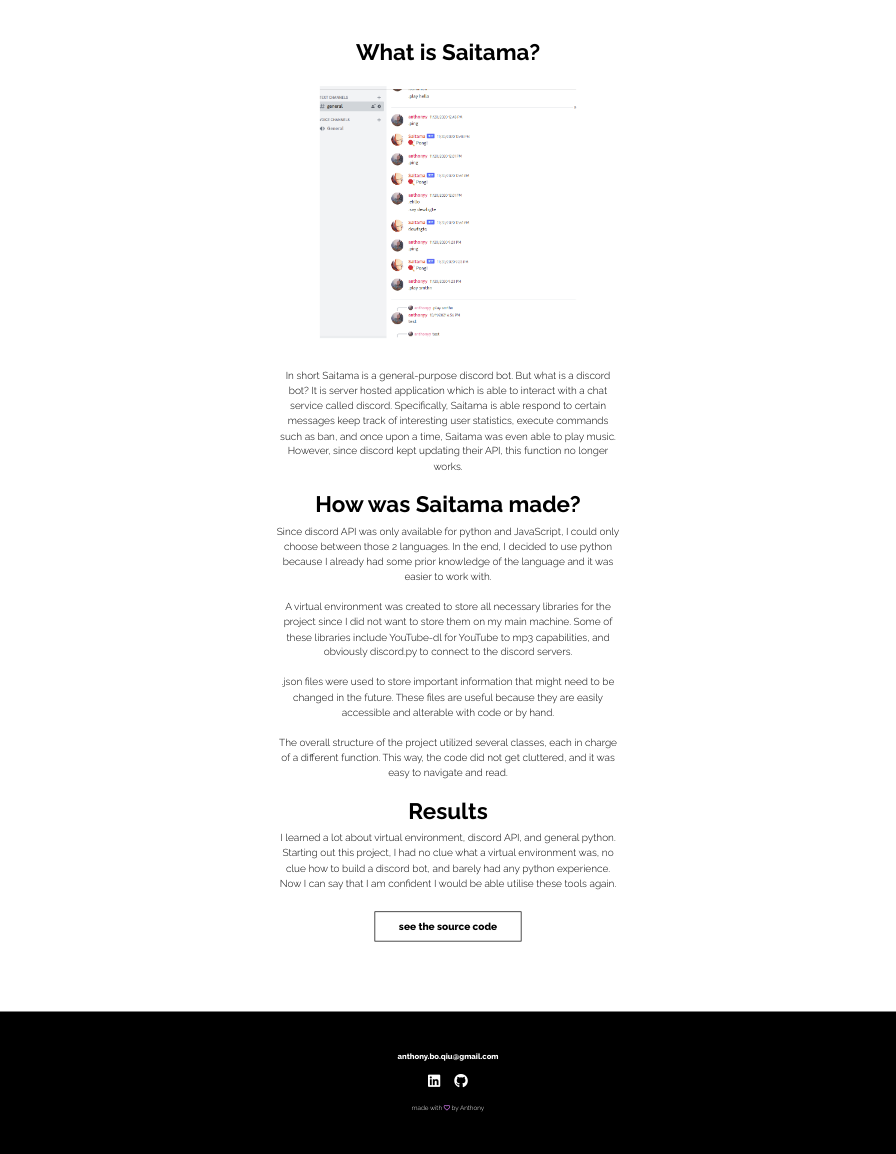
Repository: 7UM1N/anthonyq.github.io
Page: saitama.html
An editor plug-in stored every save of this project. The page is shown before and after the next save, followed by the edit.
The browser window is 1280 px wide. The pictures show the part of the page from y = 780 to 2700 px (the page is 2429 px tall before and 2700 px after), at 70% of full size.

Above is the page before, as saved 2023-01-09 22:33:52.

### saitama.html
<!DOCTYPE html>
<html lang="en">
    <head>
        <meta charset="UTF-8">
        <meta name="viewport" content="width=device-width, initial-scale=1.0">
        <title>Anthony Qiu</title>
        <link rel="stylesheet" href="https://cdnjs.cloudflare.com/ajax/libs/normalize/8.0.1/normalize.min.css" integrity="sha512-NhSC1YmyruXifcj/KFRWoC561YpHpc5Jtzgvbuzx5VozKpWvQ+4nXhPdFgmx8xqexRcpAglTj9sIBWINXa8x5w==" crossorigin="anonymous" referrerpolicy="no-referrer" />
        <link rel="stylesheet" href="https://cdnjs.cloudflare.com/ajax/libs/font-awesome/6.2.1/css/all.min.css" integrity="sha512-MV7K8+y+gLIBoVD59lQIYicR65iaqukzvf/nwasF0nqhPay5w/9lJmVM2hMDcnK1OnMGCdVK+iQrJ7lzPJQd1w==" crossorigin="anonymous" referrerpolicy="no-referrer" />
        <link rel="stylesheet" href="css/style.css">
        <link rel="preconnect" href="https://fonts.googleapis.com">
        <link rel="preconnect" href="https://fonts.gstatic.com" crossorigin>
        <link href="https://fonts.googleapis.com/css2?family=Raleway:ital,wght@0,100;0,200;0,300;0,400;0,500;0,600;0,700;0,800;0,900;1,100;1,200;1,300;1,400;1,500;1,600;1,700;1,800;1,900&display=swap" rel="stylesheet">
    </head>
    <body>

        <!-- header -->
        <section class="sub-header sub-header-saitama">
            <nav>
                <a class="logo" href="index.html">
                    <strong>ANTHONY</strong> QIU
                </a>
                <div class="nav-links" id="navLinks">
                    <ul>
                        <i class="fa-solid fa-xmark" onclick="hideMenu()"></i>
                        <li><a href="index.html" >HOME</a></li>
                        <li><a href="index.html#projects">PROJECTS</a></li>
                        <li><a href="contact.html">CONTACT</a></li>
                    </ul>
                </div>
                <i class="fa-solid fa-bars" onclick="showMenu()"></i>
            </nav>
            <div class="text-box">
                <h1>Saitama</h1>
                <p>
                    a discord bot
                </p>
            </div>
            <div class="scroll">
                <p>S C R O L L<br><i class="fa-solid fa-sort-down"></i></p>
            </div>
        </section>

        <!-- content -->
        <section class="portfolio-item-section">
            <h2>
                What is Saitama?
            </h2>
            <img src="img/saitama/saitama-card.png">
            <p>
                In short Saitama is a general-purpose discord bot. But what is a discord bot? It is server hosted application which is able to interact with a chat service called discord. Specifically, Saitama is able respond to certain messages keep track of interesting user statistics, execute commands such as ban, and once upon a time, Saitama was even able to play music. However, since discord kept updating their API, this function no longer works.
            </p>
            <h2>How was Saitama made?</h2>
            <p>
                Since discord API was only available for python and JavaScript, I could only choose between those 2 languages. In the end, I decided to use python because I already had some prior knowledge of the language and it was easier to work with.
                <br><br>A virtual environment was created to store all necessary libraries for the project since I did not want to store them on my main machine. Some of these libraries include YouTube-dl for YouTube to mp3 capabilities, and obviously discord.py to connect to the discord servers.
                <br><br>.json files were used to store important information that might need to be changed in the future. These files are useful because they are easily accessible and alterable with code or by hand.
                <br><br>The overall structure of the project utilized several classes, each in charge of a different function. This way, the code did not get cluttered, and it was easy to navigate and read.
            </p>
            <h2>Results</h2>
            <p>
                I learned a lot about virtual environment, discord API, and general python. Starting out this project, I had no clue what a virtual environment was, no clue how to build a discord bot, and barely had any python experience. Now I can say that I am confident I would be able utilise these tools again.
            </p>
            <a href="https://github.com/anthonyqiu/saitama" download class="hero-btn inverse-btn"><strong>see the source code</strong></a>
        </section>

        <!-- footer -->
        <footer class="footer">
            <a href="mailto:anthony.bo.qiu@gmail.com" class="email">anthony.bo.qiu@gmail.com</a>
            <ul class="socials">
                <li class="socials-item">
                    <a class="social-item-link" href="https://www.linkedin.com/in/anthonyboqiu">
                        <i class="fa-brands fa-linkedin"></i>
                    </a>
                </li>
                <li class="socials-item">
                    <a class="social-item-link" href="https://github.com/anthonyqiu">
                        <i class="fa-brands fa-github"></i>
                    </a>
                </li>
            </ul>
            <P class="love">made with <i class="fa-regular fa-heart"></i> by Anthony</p>
        </footer>

        <!-- javascript-->
        <script src="js/index.js"></script>
    </body>
</html>

### css/style.css
/*custom properties*/
:root {
    --ff-primary: 'Raleway', sans-serif;
    --ff-secondary: 'Raleway', sans-serif;

    --fw-reg: 300;
    --fw-bold: 800;

    --clr-light: #fff;
    --clr-dark: #000000;
    --clr-accent: #e281ff;

    --fs-h1: 3rem;
    --fs-h2: 2rem;
    --fs-h3: 1.25rem;
    --fs-h4: 1.05rem;
    --fs-body: 0.9rem;

    --bs: 0.25em 0.25em 0.75em rgba(0, 0, 0, .25), 0.125em 0.125em 0.25em rgba(0, 0, 0, .15);
}

* {
    margin: 0;
    padding: 0;
    font-family: var(--ff-primary);
}

/* typography */
h1,
h2,
h3 {
    line-height: 1.1;
}

h1 {font-size: var(--fs-h1)}
h2 {font-size: var(--fs-h2)}
h3 {
    font-size: var(--fs-h3);
    font-weight: var(--fw-bold);
}
h4 {
    font-size: var(--fs-h4);
    font-weight: var(--fw-bold);
}

p {
    font-size: var(--fs-body);
    font-weight: var(--fw-reg);
    line-height: 150%;
    padding: 10px;
}

a:link {
    text-decoration: none;
}

a:visited {
    text-decoration: none;
}

a:hover {
    text-decoration: none;
}

a:active {
    text-decoration: none;
}

strong {font-weight: var(--fw-bold);}

/*header*/
header {
    min-height: 100vh;
    width: 100%;
    background-image: linear-gradient(rgba(4, 9, 30, 0.7), rgba(4, 9, 30, 0.7)), url(../img/blueprint.jpeg);
    background-position: center;
    background-size: cover;
    position: relative;
}

header img {
    max-width: 20vh;
    border-radius: 7%;
}

nav {
    display: flex;
    padding: 2% 6%;
    justify-content: space-between;
    align-items: center;
}

.logo {
    color: var(--clr-light);
    text-decoration: none;
    font-size: var(--fs-h2);
}

.nav-links {
    flex: 1;
    text-align: right;
}

.nav-links ul li {
    list-style: none;
    display: inline-block;
    padding: 8px 12px;
    position: relative;
}

.nav-links ul li a {
    color: var(--clr-light);
    text-decoration: none;
    font-size: var(--fs-body);
}

.nav-links ul li::after {
    content: '';
    width: 0%;
    height: 2px;
    background: var(--clr-light);
    display: block;
    margin: auto;
    transition: 0.5s;
}

.nav-links ul li:hover::after {
    width: 100%;
}

.text-box {
    width: 50%;
    color: var(--clr-light);
    position: absolute;
    top: 50%;
    left: 50%;
    transform: translate(-50%, -50%);
    text-align: center;
}

.text-box p {
    margin: 10px 0 40px;
    color: var(--clr-light);
}

.hero-btn {
    color: var(--clr-light);
    border: 1px solid var(--clr-light);
    display: inline-block;
    text-decoration: none;
    padding: 12px 34px;
    font-size: var(--fs-body);
    background: transparent;
    position: relative;
    cursor: pointer;
    margin-top: 20px;;
}

.hero-btn:hover {
    background: var(--clr-light);
    color: var(--clr-dark);
    transition: 1s;
}

.inverse-btn {
    color: var(--clr-dark);
    border: 1px solid var(--clr-dark);
}

.inverse-btn:hover {
    color: var(--clr-light);
    background: var(--clr-dark);
}

nav .fa-solid {
    display: none;
}

.scroll {
    color: var(--clr-light);
    text-align: center;
    position: absolute;
    top: 96%;
    left: 50%;
    transform: translate(-50%, -50%);
}

/*projects*/

.projects {
    width: 60%;
    margin: auto;
    text-align: center;
    padding-top: 100px;
    padding-bottom: 100px;
}

.projects p {
    color: var(--clr-dark);
}

.projects img {
    width: 12rem;
    height: 18rem;
    border-radius: 10px;
}

.portfolio {
    display: flex;
    flex-wrap: wrap;
    gap: 1.5rem;

    margin: auto;
    align-items: center;
    justify-content: center;
    margin-top: 3rem;
}

.portfolio-item {
    background-position: center;
    background-size: cover;
    position: relative;

    color: var(--clr-light);
    width: 350px;
    height: 500px;
    flex-shrink: 0;
    border-radius: 10px;
    box-sizing: border-box;
    transition: 0.5s;

    display: flex;
    justify-content: center;
    align-items: center;
    flex-direction: column;
}

.portfolio-item h3 {
    color: var(--clr-light);
    width: 100px;
    height: 100px;
    border-style: solid;
    border-width: 0.25rem;
    border-color: var(--clr-light);
    border-radius: 50%;

    position: relative;
    display: flex;
    justify-content: center;
    align-items: center;
    margin: auto;
}

.portfolio-item p {
    color: var(--clr-light);

    display: flex;
    justify-content: center;
    align-items: center;
    margin: auto;
    opacity: 0%;
    transition: 1s;
}

.nerfv2 {
    background-image: linear-gradient(rgba(4, 9, 30, 0.5), rgba(4, 9, 30, 0.5)), url(../img/blueprint.jpeg);
}

.launcho {
    background-image: linear-gradient(rgba(4, 9, 30, 0.5), rgba(4, 9, 30, 0.5)), url(../img/launcho/launcho-card.jpg);
}

.saitama {
    background-image: linear-gradient(rgba(4, 9, 30, 0.5), rgba(4, 9, 30, 0.5)), url(../img/saitama/saitama-banner.webp);
}

.portfolio-item h3 {
    vertical-align: middle;
}

.portfolio-item:hover {
    box-shadow: 0 0 20px 0px rgba(0, 0, 0, 0.80);
    filter: brightness(90%);
}

.portfolio-item:hover p {
    opacity: 100%;
}

.portfolio-item-text {
    position: absolute;
    top: 0;
}

/* footer */
.footer {
    background: var(--clr-dark);
    color: var(--clr-light);
    text-align: center;
    padding: 2.5em 0;
    font-size: var(--fs-h3);
    font-family: var(--ff-secondary);
}

.footer a {
    color: inherit;
    text-decoration: none;
}

.email {
    font-weight: var(--fw-bold);
    font-size: 11px;
}

.email:hover,
.social-item-link:hover {
    transform: scale(2);
    opacity: .5;
}

.email,
.social-item-link {
    transition:
        transform 750ms cubic-bezier(.5, 0, .5, 1),
        opacity 250ms linear;
}

.socials {
    list-style: none;
    display: flex;
    justify-content: center;
    margin: 0.25em 0 0;
    padding: 0;
}

.socials-item {
    margin: - .5em;
}

.socials-item {
    padding: .5em;
}

.love {
    font-size: 9px;
}

.fa-heart {
    color: var(--clr-accent);
}

/* sub header */
.sub-header {
    height: 100vh;
    width: 100%;
    background-image: linear-gradient(rgba(4, 9, 30, 0.7), rgba(4, 9, 30, 0.7)), url(../img/launcho/launcho-card.jpg);
    background-position: center;
    background-size: cover;
    text-align: center;
    margin: auto;
    position: relative;
}
.sub-header-contact {background-image: linear-gradient(rgba(4, 9, 30, 0.7), rgba(4, 9, 30, 0.7)), url(../img/blueprint.jpeg);}
.sub-header-nerfv2 {background-image: linear-gradient(rgba(4, 9, 30, 0.7), rgba(4, 9, 30, 0.7)), url(../img/blueprint.jpeg);}
.sub-header-launcho {background-image: linear-gradient(rgba(4, 9, 30, 0.7), rgba(4, 9, 30, 0.7)), url(../img/launcho/launcho-card.jpg);}
.sub-header-saitama {background-image: linear-gradient(rgba(4, 9, 30, 0.7), rgba(4, 9, 30, 0.7)), url(../img/saitama/saitama-banner.webp);}

.sub-header .text-box {
    border-style: solid;
    border-width: 0.25rem;
    border-color: var(--clr-light);
}

.portfolio-item-section {
    text-align: center;
    padding-top: 100px;
    padding-bottom: 100px;
    width: 40%;

    position: relative;
    display: flex;
    justify-content: center;
    align-items: center;
    margin: auto;
    flex-direction: column;
}

.portfolio-item-section p {
    color: var(--clr-dark);
}

.portfolio-item-section img {
    max-width: 90%;
    max-height: 50vh;
    padding: 2rem;
}

.portfolio-item-section h2,
.portfolio-item-section h3 {
    margin-top: 1rem;
}

.contact {
    padding: 50px;
    width: 40%;
    margin: auto;
    text-align: center;
}

.contact input,
.contact textarea {
    width: 100%;
    padding: 15px;
    margin-bottom: 17px;
    outline: none;
    border: 1px solid var(--clr-dark);
    box-sizing: border-box;
}

/*smaller screens*/
@media(max-width: 800px) {
    .nav-links ul li {
        display: block;
    }

    .nav-links {
        position: fixed;
        background: var(--clr-dark);
        height: 100vh;
        width: 200px;
        top: 0;
        right: -200px;
        text-align: left;
        z-index: 2;
        transition: 1s;
    }

    nav .fa-solid {
        display: block;
        color: var(--clr-light);
        margin: 10px;
        font-size: var(--fs-h3);
        cursor: pointer;
    }

    .text-box {
        width: 90%;
    }

    header img {
        max-width: 10vh;
        border-radius: 3%;
    }

    .portfolio-item-section {
        width: 90%;
    }

    .contact {
        width: 70%;
    }
}

### js/index.js
//toggle menu
var navLinks = document.getElementById("navLinks");

function showMenu(){
    navLinks.style.right = "0";
}

function hideMenu(){
    navLinks.style.right = "-200px";
}

After the next save:
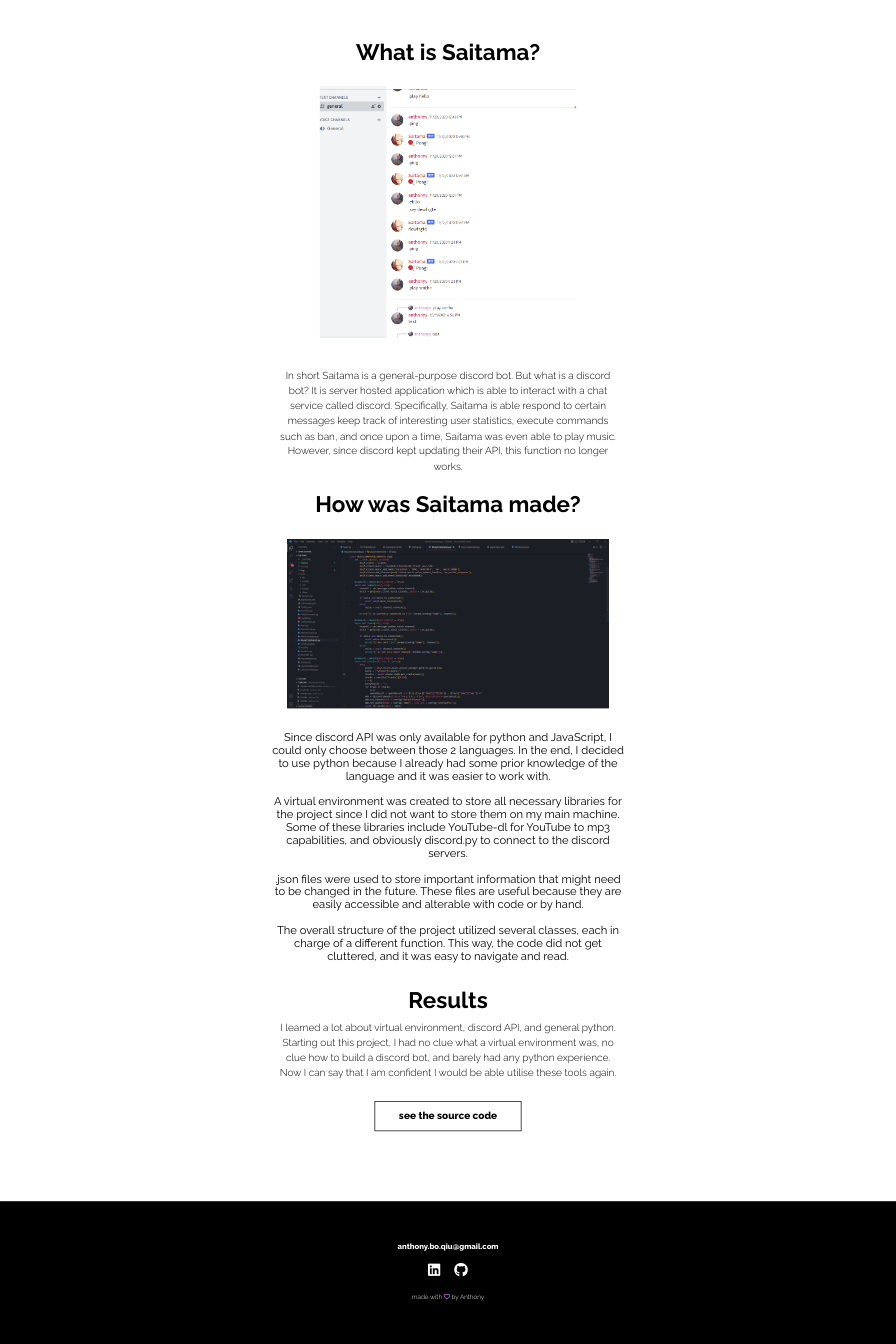
Saved 3 min 24 s later.
--- a/saitama.html
+++ b/saitama.html
@@ -50,6 +50,7 @@
                 In short Saitama is a general-purpose discord bot. But what is a discord bot? It is server hosted application which is able to interact with a chat service called discord. Specifically, Saitama is able respond to certain messages keep track of interesting user statistics, execute commands such as ban, and once upon a time, Saitama was even able to play music. However, since discord kept updating their API, this function no longer works.
             </p>
             <h2>How was Saitama made?</h2>
+            <img src="img/saitama/saitama-editor.png"
             <p>
                 Since discord API was only available for python and JavaScript, I could only choose between those 2 languages. In the end, I decided to use python because I already had some prior knowledge of the language and it was easier to work with.
                 <br><br>A virtual environment was created to store all necessary libraries for the project since I did not want to store them on my main machine. Some of these libraries include YouTube-dl for YouTube to mp3 capabilities, and obviously discord.py to connect to the discord servers.
